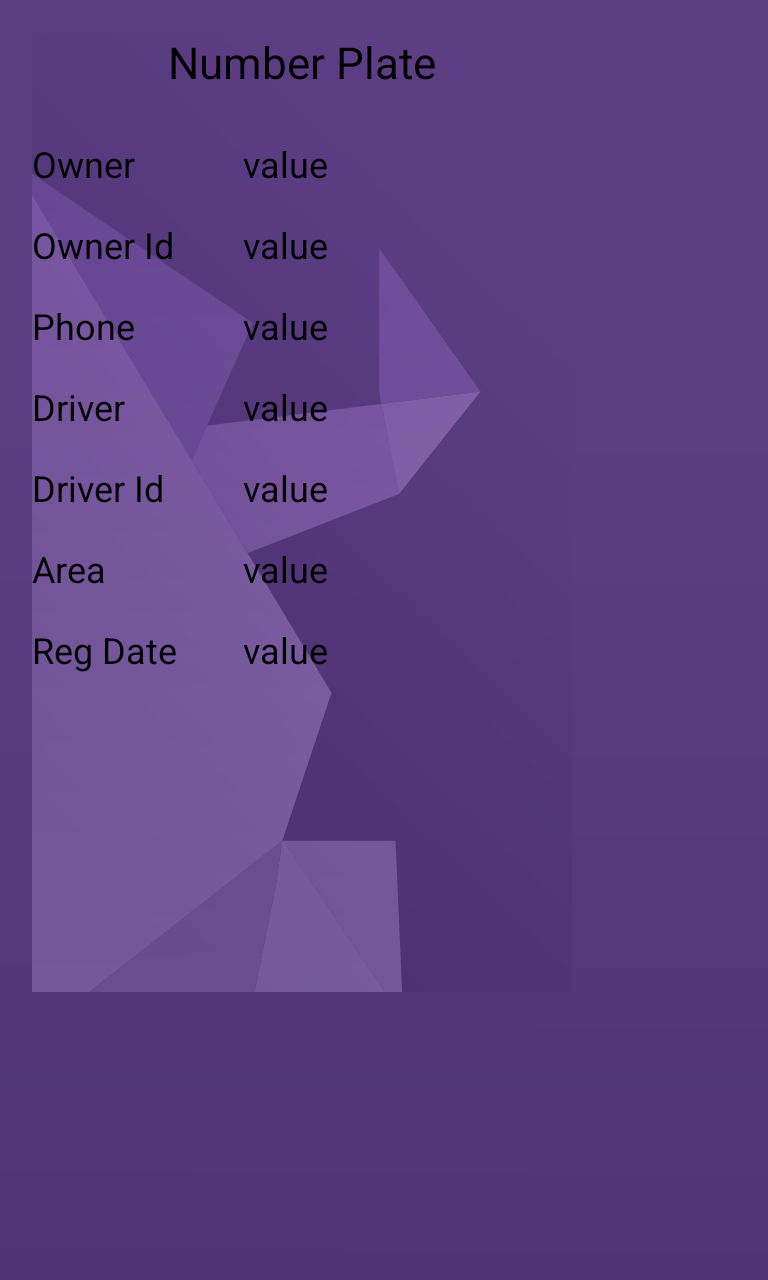
Repository: walteranyika/personal
Layout: PikiPiki/res/layout/activity_details.xml
An editor plug-in stored every save of this project. The layout is shown before and after the next save, followed by the edit.
It is drawn on a 768 x 1280 px phone screen (xhdpi) without system bars, with theme AppTheme; the app's code is not run.

Above is the layout before, as saved 2015-11-06 11:57:43.

### PikiPiki/res/layout/activity_details.xml
<RelativeLayout xmlns:android="http://schemas.android.com/apk/res/android"
    xmlns:tools="http://schemas.android.com/tools"
    android:layout_width="match_parent"
    android:layout_height="match_parent"
    tools:context=".DetailsActivity"
    android:background="@drawable/background_fill"
    android:padding="16dp" >

    <ImageView
        android:id="@+id/imageView1"
        android:layout_width="wrap_content"
        android:layout_height="match_parent"
        android:layout_alignParentLeft="true"
        android:layout_alignParentTop="true"
        android:scaleType="fitStart"
        android:contentDescription="@string/background_image"
        android:src="@drawable/background" />

    <TextView
        android:id="@+id/tvRegNo"
        android:layout_width="match_parent"
        android:layout_height="wrap_content"
        android:layout_alignRight="@+id/imageView1"
        android:text="@string/number_plate"
        android:layout_marginBottom="24dp"
        android:gravity="center_horizontal"
        android:textAppearance="?android:attr/textAppearanceLarge" />

    <LinearLayout
        android:id="@+id/LinearLayout01"
        android:layout_width="fill_parent"
        android:layout_height="wrap_content"
        android:layout_alignParentLeft="true"
        android:layout_below="@+id/linearLayout1"
        android:layout_marginTop="16dp" >

        <TextView
            android:id="@+id/TextView01"
            android:layout_width="0dp"
            android:layout_height="wrap_content"
            android:layout_weight="0.3"
            android:text="@string/owner_id"
            android:textAppearance="?android:attr/textAppearanceMedium" />

        <TextView
            android:id="@+id/tvOwnerId"
            android:layout_width="0dp"
            android:layout_height="wrap_content"
            android:layout_weight="0.7"
            android:text="@string/empty_string"
            android:textAppearance="?android:attr/textAppearanceMedium" />
    </LinearLayout>

    <LinearLayout
        android:id="@+id/LinearLayout02"
        android:layout_width="fill_parent"
        android:layout_height="wrap_content"
        android:layout_alignParentLeft="true"
        android:layout_below="@+id/LinearLayout01"
        android:layout_marginTop="16dp" >

        <TextView
            android:id="@+id/TextView03"
            android:layout_width="0dp"
            android:layout_height="wrap_content"
            android:layout_weight="0.3"
            android:text="@string/phone"
            android:textAppearance="?android:attr/textAppearanceMedium" />

        <TextView
            android:id="@+id/tvPhone"
            android:layout_width="0dp"
            android:layout_height="wrap_content"
            android:layout_weight="0.7"
            android:text="@string/empty_string"
            android:textAppearance="?android:attr/textAppearanceMedium" />
    </LinearLayout>

    <LinearLayout
        android:id="@+id/LinearLayout03"
        android:layout_width="fill_parent"
        android:layout_height="wrap_content"
        android:layout_alignParentLeft="true"
        android:layout_below="@+id/LinearLayout02"
        android:layout_marginTop="16dp" >

        <TextView
            android:id="@+id/TextView05"
            android:layout_width="0dp"
            android:layout_height="wrap_content"
            android:layout_weight="0.3"
            android:text="@string/driver"
            android:textAppearance="?android:attr/textAppearanceMedium" />

        <TextView
            android:id="@+id/tvDriverName"
            android:layout_width="0dp"
            android:layout_height="wrap_content"
            android:layout_weight="0.7"
            android:text="@string/empty_string"
            android:textAppearance="?android:attr/textAppearanceMedium" />
    </LinearLayout>

    <LinearLayout
        android:id="@+id/LinearLayout04"
        android:layout_width="fill_parent"
        android:layout_height="wrap_content"
        android:layout_alignParentLeft="true"
        android:layout_below="@+id/LinearLayout03"
        android:layout_marginTop="16dp" >

        <TextView
            android:id="@+id/TextView07"
            android:layout_width="0dp"
            android:layout_height="wrap_content"
            android:layout_weight="0.3"
            android:text="@string/driver_id"
            android:textAppearance="?android:attr/textAppearanceMedium" />

        <TextView
            android:id="@+id/tvDriverId"
            android:layout_width="0dp"
            android:layout_height="wrap_content"
            android:layout_weight="0.7"
            android:text="@string/empty_string"
            android:textAppearance="?android:attr/textAppearanceMedium" />
    </LinearLayout>

    <LinearLayout
        android:id="@+id/LinearLayout05"
        android:layout_width="fill_parent"
        android:layout_height="wrap_content"
        android:layout_alignParentLeft="true"
        android:layout_below="@+id/LinearLayout04"
        android:layout_marginTop="16dp">

        <TextView
            android:id="@+id/TextView09"
            android:layout_width="0dp"
            android:layout_height="wrap_content"
            android:layout_weight="0.3"
            android:text="@string/area"
            android:textAppearance="?android:attr/textAppearanceMedium" />

        <TextView
            android:id="@+id/tvAreaOperation"
            android:layout_width="0dp"
            android:layout_height="wrap_content"
            android:layout_weight="0.7"
            android:text="@string/empty_string"
            android:textAppearance="?android:attr/textAppearanceMedium" />
    </LinearLayout>

    <LinearLayout
        android:id="@+id/LinearLayout06"
        android:layout_width="fill_parent"
        android:layout_height="wrap_content"
        android:layout_alignParentLeft="true"
        android:layout_below="@+id/LinearLayout05"
        android:layout_marginTop="16dp" >

        <TextView
            android:id="@+id/TextView11"
            android:layout_width="0dp"
            android:layout_height="wrap_content"
            android:layout_weight="0.3"
            android:text="@string/reg_date"
            android:textAppearance="?android:attr/textAppearanceMedium" />

        <TextView
            android:id="@+id/tvDate"
            android:layout_width="0dp"
            android:layout_height="wrap_content"
            android:layout_weight="0.7"
            android:text="@string/empty_string"
            android:textAppearance="?android:attr/textAppearanceMedium" />
    </LinearLayout>

    <LinearLayout
        android:id="@+id/linearLayout1"
        android:layout_width="fill_parent"
        android:layout_height="wrap_content"
        android:layout_alignLeft="@+id/imageView1"
        android:layout_below="@+id/tvRegNo" >

        <TextView
            android:id="@+id/textView2"
            android:layout_width="0dp"
            android:layout_height="wrap_content"
            android:layout_weight="0.3"
            android:text="@string/owner"
            android:textAppearance="?android:attr/textAppearanceMedium" />

        <TextView
            android:id="@+id/tvOwnerName"
            android:layout_width="0dp"
            android:layout_height="wrap_content"
            android:layout_weight="0.7"
            android:text="@string/empty_string"
            android:textAppearance="?android:attr/textAppearanceMedium" />
    </LinearLayout>

</RelativeLayout>

### PikiPiki/res/values/themes_apptheme.xml
<?xml version="1.0" encoding="utf-8"?>

<!-- Generated with http://android-holo-colors.com -->
<resources xmlns:android="http://schemas.android.com/apk/res/android">

  <style name="AppTheme" parent="@style/_AppTheme"/>

  <style name="_AppTheme" parent="android:Theme.Holo.Light">

    <item name="android:editTextBackground">@drawable/apptheme_edit_text_holo_light</item>

    <item name="android:buttonStyle">@style/ButtonAppTheme</item>

    <item name="android:imageButtonStyle">@style/ImageButtonAppTheme</item>

  </style>

</resources>

### PikiPiki/res/values/styles_apptheme.xml
<?xml version="1.0" encoding="utf-8"?>

<!-- Generated with http://android-holo-colors.com -->
<resources xmlns:android="http://schemas.android.com/apk/res/android">

  <style name="ButtonAppTheme" parent="android:Widget.Holo.Light.Button">
	  <item name="android:background">@drawable/apptheme_btn_default_holo_light</item>
  </style>

  <style name="ImageButtonAppTheme" parent="android:Widget.Holo.Light.ImageButton">
	  <item name="android:background">@drawable/apptheme_btn_default_holo_light</item>
  </style>

</resources>

### PikiPiki/res/drawable/apptheme_btn_default_holo_light.xml
<?xml version="1.0" encoding="utf-8"?>

<selector xmlns:android="http://schemas.android.com/apk/res/android">
    <item android:state_window_focused="false" android:state_enabled="true"
        android:drawable="@drawable/apptheme_btn_default_normal_holo_light" />
    <item android:state_window_focused="false" android:state_enabled="false"
        android:drawable="@drawable/apptheme_btn_default_disabled_holo_light" />
    <item android:state_pressed="true"
        android:drawable="@drawable/apptheme_btn_default_pressed_holo_light" />
    <item android:state_focused="true" android:state_enabled="true"
        android:drawable="@drawable/apptheme_btn_default_focused_holo_light" />
    <item android:state_enabled="true"
        android:drawable="@drawable/apptheme_btn_default_normal_holo_light" />
    <item android:state_focused="true"
        android:drawable="@drawable/apptheme_btn_default_disabled_focused_holo_light" />
    <item
         android:drawable="@drawable/apptheme_btn_default_disabled_holo_light" />
</selector>

### PikiPiki/res/values/strings.xml
<?xml version="1.0" encoding="utf-8"?>
<resources>

    <string name="app_name">PikiPiki</string>
    <string name="action_settings">Settings</string>
    <string name="motorbike">Motor Bike</string>
    <string name="sync">Sync</string>
    <string name="phone">Phone</string>
    <string name="_0734567843">Phone</string>
    <string name="area">Area</string>
    <string name="reg_date">Reg Date</string>
    <string name="driver_id">Driver Id</string>
    <string name="driver">Driver</string>
    <string name="owner">Owner</string>
    <string name="owner_id">Owner Id</string>
    <string name="search">Search</string>
    <string name="bike_reg_number">Bike Reg Number</string>
    <string name="back_ground_image">Back Ground Image</string>
    <string name="title_activity_details">DetailsActivity</string>
    <string name="hello_world">Hello world!</string>
    <string name="background_image">Background Image</string>
    <string name="empty_string">value</string>
    <string name="number_plate">Number Plate</string>

</resources>

Loaded but not shown: PikiPiki/res/values/styles.xml (common file); PikiPiki/res/drawable/apptheme_edit_text_holo_light.xml (common file); PikiPiki/res/values-v11/styles.xml (common file); PikiPiki/res/values-v14/styles.xml (common file)

After the next save:
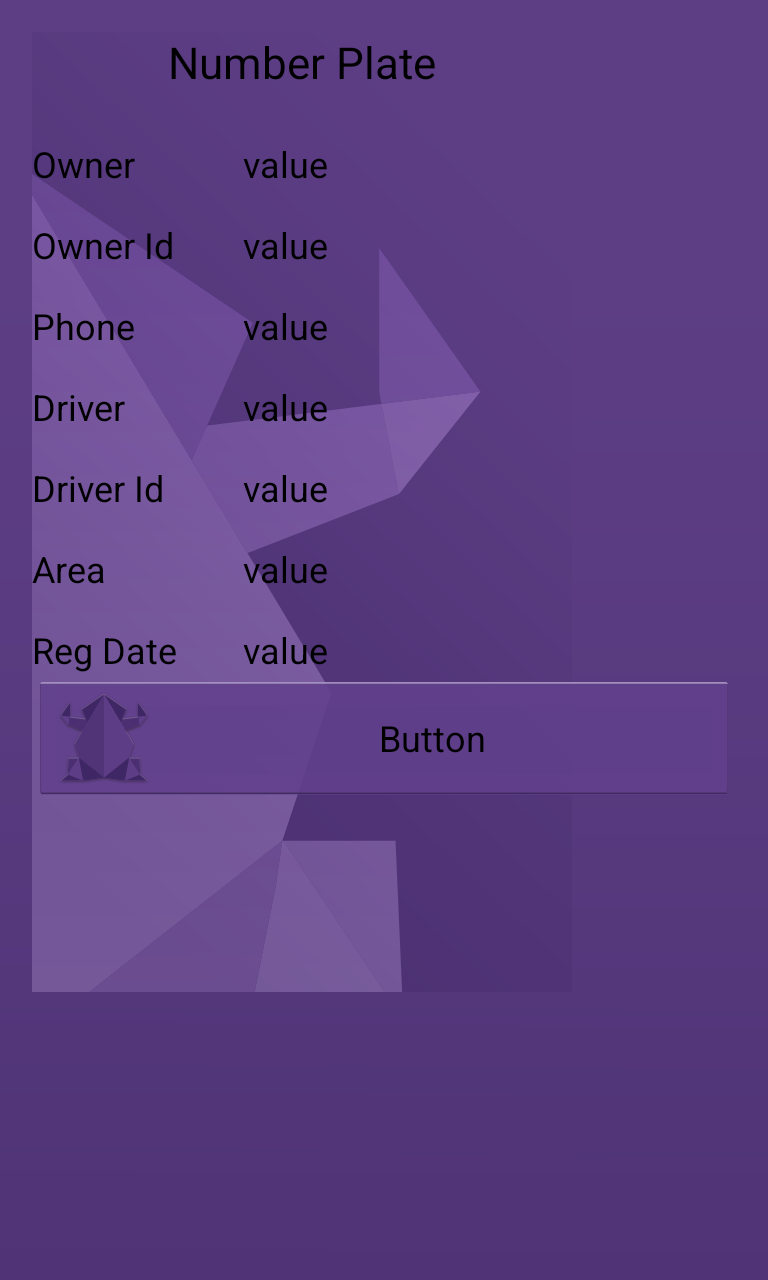
Saved 42 s later.
--- a/PikiPiki/res/layout/activity_details.xml
+++ b/PikiPiki/res/layout/activity_details.xml
@@ -200,4 +200,13 @@
             android:textAppearance="?android:attr/textAppearanceMedium" />
     </LinearLayout>
 
+    <Button
+        android:id="@+id/btnTest"
+        android:layout_width="match_parent"
+        android:layout_height="wrap_content"
+        android:layout_alignLeft="@+id/imageView1"
+        android:layout_below="@+id/LinearLayout06"
+        android:text="Button"
+        android:drawableLeft="@drawable/ic_launcher"/>
+
 </RelativeLayout>
